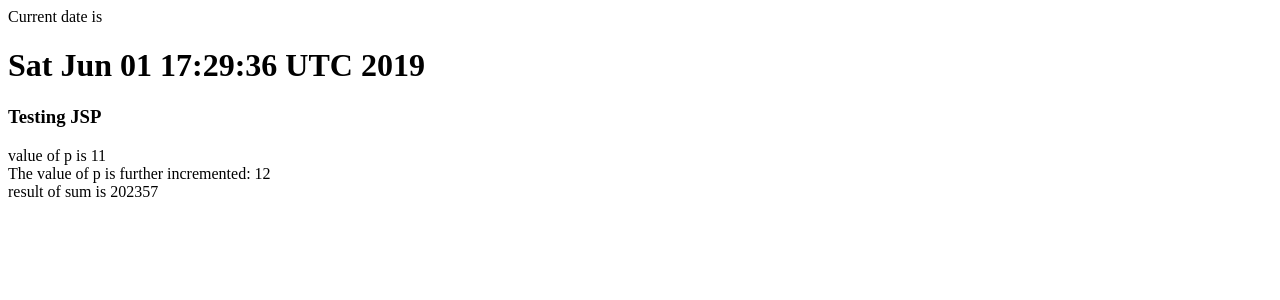
Repository: somakbha/CodeBackUP
Page: http://localhost/SimpleServletProject/test.jsp
The author's editor kept a copy of each file at every save. The page is drawn from the files as they stood at one save, then again after the next save.
The browser window is 1280 px wide. The pictures show the whole page.
The page is served by Tomcat 9. Other server files are loaded and not shown.

Above is the page before, as saved 2019-06-15 14:03:39.

### JSP-Servlet-by-java-brains/SimpleServletProject/WebContent/test.jsp
<%@ page language="java" contentType="text/html; charset=UTF-8"
    pageEncoding="UTF-8"%>
<!DOCTYPE html PUBLIC "-//W3C//DTD HTML 4.01 Transitional//EN" "http://www.w3.org/TR/html4/loose.dtd">
<html>
<head>
<meta http-equiv="Content-Type" content="text/html; charset=UTF-8">
<title>Insert title here</title>
</head>
<body>
<%!
public int add (int a, int b)
{
	return (a+b);
}

%>
Current date is <h1><%= new java.util.Date() %></h1>

<h3>Testing JSP</h3>
<%

int p=10;
p=p+1;
out.println("value of p is "+p);

%>
</br>

The value of p is further incremented: <%=p+1 %>
</br>
result of sum is <%=add(123456,78901) %>
</body>
</html>

After the next save:
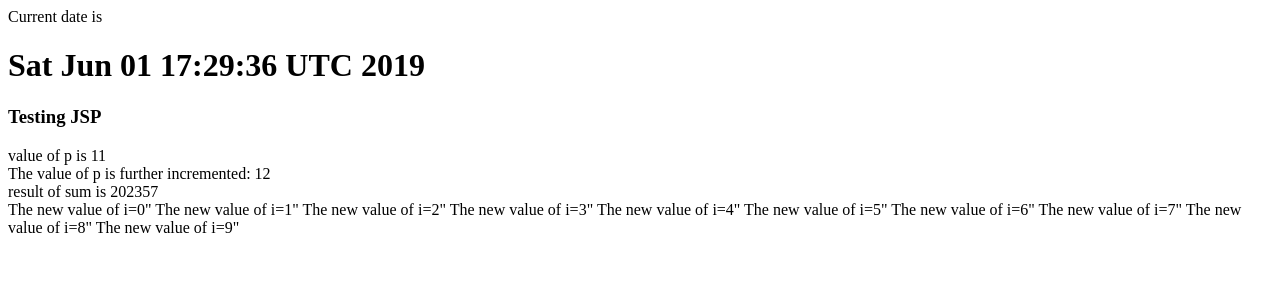
Saved 11 min 2 s later.
--- a/JSP-Servlet-by-java-brains/SimpleServletProject/WebContent/test.jsp
+++ b/JSP-Servlet-by-java-brains/SimpleServletProject/WebContent/test.jsp
@@ -29,5 +29,11 @@ out.println("value of p is "+p);
 The value of p is further incremented: <%=p+1 %>
 </br>
 result of sum is <%=add(123456,78901) %>
+</br>
+<% for (int i=0; i<10; i++) {%>
+
+The new value of i=<%= i %>"
+
+<%} %>
 </body>
 </html>
